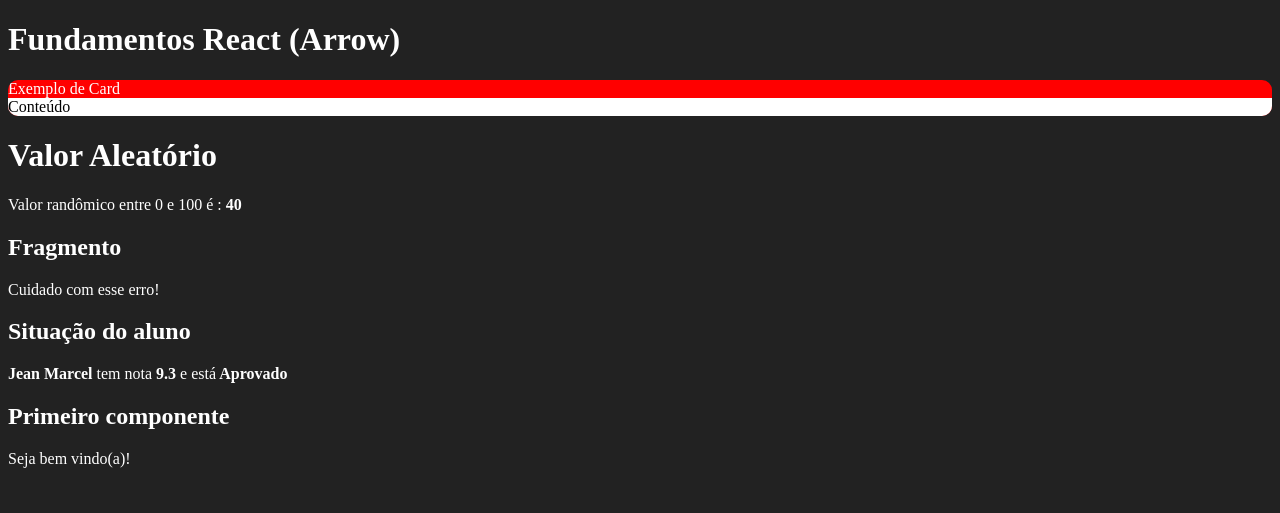
Repository: jean-siqueira/fundamentos-react
Page: /
These files come from the project's save history. The page is drawn as it stood at one moment and after the next save; the edit follows.
The browser window is 1280 px wide. The pictures show the whole page.
The project was rebuilt for these pictures with package versions that can differ from the ones it lists, and the page was loaded fresh each time.

Above is the page before, as saved 2023-03-04 11:59:45.

After the next save:
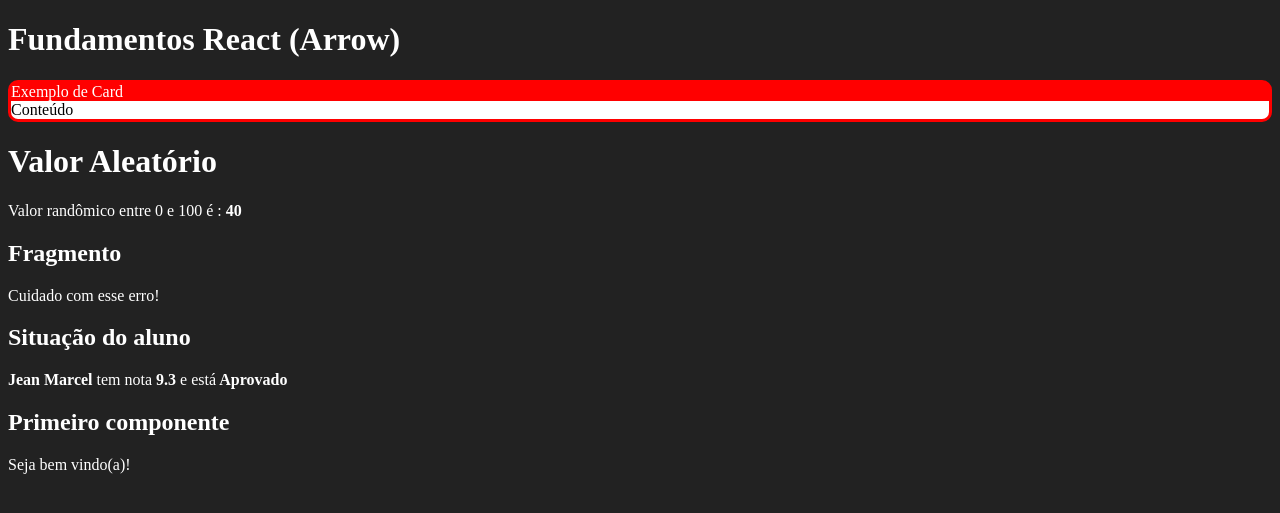
Saved 4 s later.
--- a/src/components/layout/Card.css
+++ b/src/components/layout/Card.css
@@ -2,7 +2,7 @@
     background-color: red;
     border-radius: 10px;
     overflow: hidden;
-    border: 3px;
+    border: 3px solid red;
 }
 
 .Card .Title {
